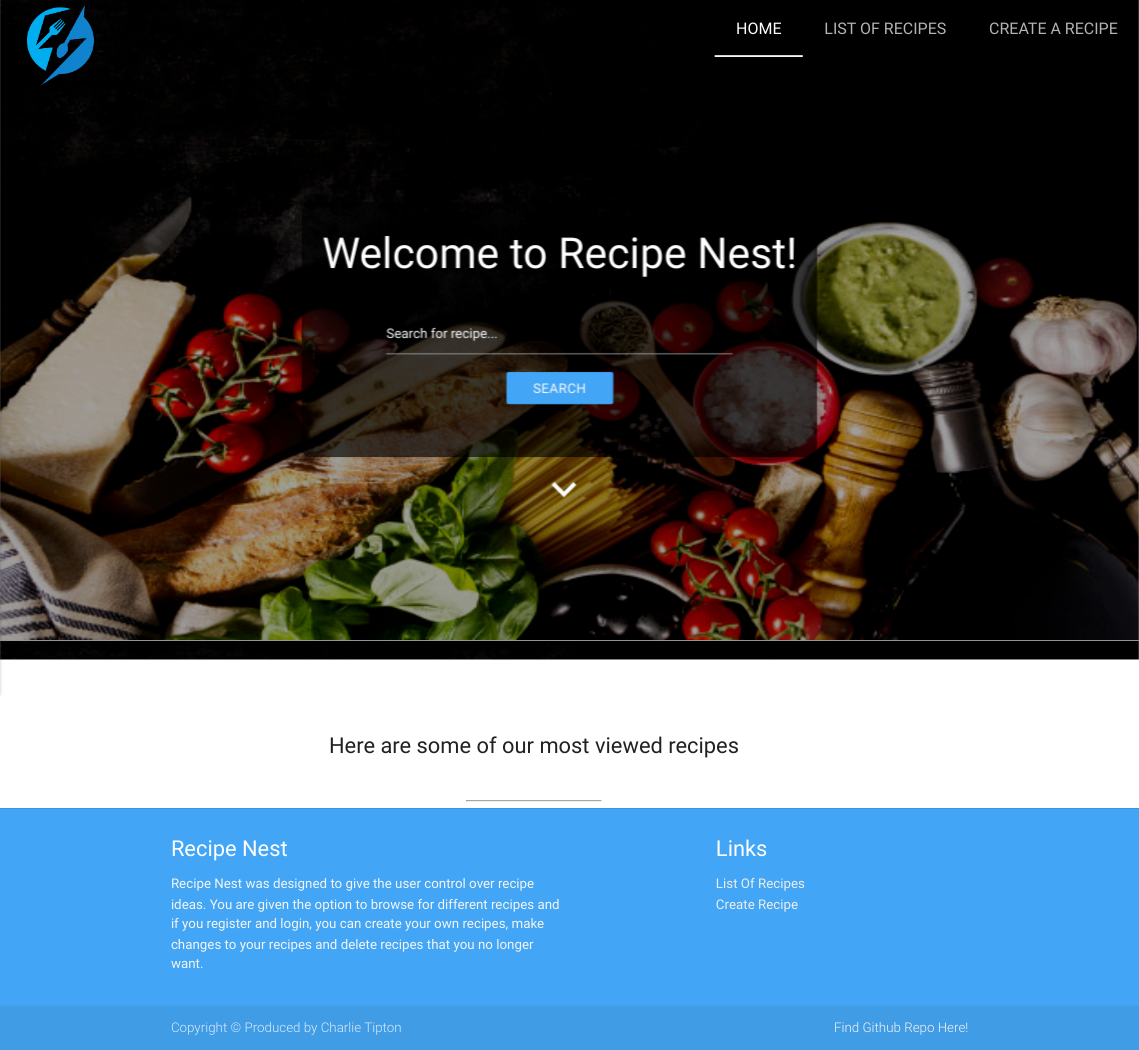
Repository: CharlieJT/Recipes
Page: http://localhost/
The author's editor kept a record of every edit. The page is drawn from the files as they stood at one moment, then again after the next edit.
The browser window is 1280 px wide. The pictures show the whole page, at 89% of full size.
Backgrounds fixed to the window are drawn as part of the page. Some web libraries are served in a nearby version. The page is served by the project's application, run on Flask 3 (app.py). Queries for data that is not in the repository find no rows.

Above is the page before.

### templates/index.html
{% extends 'base.html' %} {% block content %}


<div class="container-fluid main-image-container">
    <div class="opaque-background" />
    <div class="row">
        <div class="col main-recipe-images-column">
            <div class="main-recipe-images">
            </div>
        </div>
    </div>


    <div class="container-fluid title-container">
        <div class="row">
            <div class="col main-heading-column">
                <div class="row">
                    <div class="col s12">
                        <h1>Welcome to Recipe Nest!</h1>
                    </div>
                    <div class="container">
                        <div class="row">
                            <form class="col s12">
                                <div class="row search-bar-row">
                                    <div class="input-field col s12">
                                        <input id="search" type="text" class="validate">
                                        <label for="search">Search for recipe...</label>
                                        <div class="search-button">
                                            <button class="btn waves-effect waves-light blue lighten-1" type="submit" name="action">Search</button>
                                        </div>
                                    </div>
                                </div>
                            </form>
                        </div>
                    </div>
                </div>
            </div>
            <div class="col s12">
                <a class="down-arrow-link" href="#recipe-container">
                <i class="material-icons down-arrow">keyboard_arrow_down</i>
            </a>
            </div>
        </div>
    </div>


    <!-- Each Recipe Card -->

    <div id="recipe-container" class="container-fluid ">
        <div class="row recipe-row">
            <div class="mostly-viewed-heading-column col s12">
                <h5>Here are some of our most viewed recipes</h5>
            </div>
            <hr class='most-viewed-divider'> {% for recipe in recipes %}
            <div class="col s12 m4 l4 card-container">
                <div class="card-surrounding">
                    <div class="card">
                        <div class="card-image waves-effect waves-block waves-light">
                            <img class="activator" src="{{recipe.recipe_image_url}}">
                        </div>
                        <div class="card-content">
                            <div class='card-title-spacer'>
                                <div class="card-title activator grey-text text-darken-4 recipe-name">{{recipe.recipe_name}}<i class="material-icons right more-info">more_vert</i></div>
                            </div>
                            <button class="btn waves-effect waves-light blue lighten-1" type="submit" name="action">View more recipes</button>
                        </div>
                        <div class="card-reveal recipe-close">
                            <span class="card-title grey-text text-darken-4">{{recipe.recipe_name}}<i class="material-icons right">close</i></span>
                            <p>{{recipe.recipe_description}}</p>
                        </div>
                    </div>
                </div>
            </div>
            {% endfor %}
        </div>
    </div>

    {% endblock %}

### templates/base.html
<!DOCTYPE html>
<html>

<head>
    <!--Import Google Icon Font-->
    <link href="https://fonts.googleapis.com/icon?family=Material+Icons" rel="stylesheet">

    <!--Import materialize.css-->
    <link rel="stylesheet" href="https://cdnjs.cloudflare.com/ajax/libs/materialize/0.100.2/css/materialize.min.css">

    <!-- Exteral styles -->
    <link rel="stylesheet" href="{{url_for('static', filename='css/base.css')}}" type="text/css" />
    <link rel="stylesheet" href="{{url_for('static', filename='css/index.css')}}" type="text/css" />
    <link href="https://fonts.googleapis.com/icon?family=Material+Icons" rel="stylesheet">

    <!-- Favicon -->
    <link rel="icon" href="{{ url_for('static', filename='/images/favicon.ico') }}" type="image/x-icon" />

    <!--Let browser know website is optimized for mobile-->
    <meta name="viewport" content="width=device-width, initial-scale=1.0" />

    <title>Recipe Nest</title>
</head>

<body>
    <!-- Main Navbar -->
    <nav class="navbar-container N/A transparent">
        <div class="nav-wrapper">
            <a href="/" id="recipes-logo">
                <img class="recipe-logo-image" src="static/images/recipe-nest.png" alt="Recipes Logo"/>
            </a>
            <a href="#" data-activates="mobile-demo" class="button-collapse"><i class="material-icons">menu</i></a>
            <ul id="nav-mobile" class="right hide-on-med-and-down">
                <ul class="tabs tabs-transparent">
                    <li class="tab"><a class="active" href="#test1">Home</a></li>
                    <li class="tab"><a href="#test2">List of Recipes</a></li>
                    <li class="tab"><a href="#test3">Create a Recipe</a></li>
                </ul>
            </ul>
        </div>
    </nav>
    <ul class="side-nav" id="mobile-demo">
        <li class="tab"><a class="active" href="#test1">Home</a></li>
        <li class="tab"><a href="#test2">List of Recipes</a></li>
        <li class="tab"><a href="#test3">Create a Recipe</a></li>
    </ul>

    {% block content %} {% endblock %}

    <!-- Footer -->
    <footer class="page-footer blue lighten-1">
        <div class="container">
            <div class="row">
                <div class="col l6 s12">
                    <h5 class="white-text">Recipe Nest</h5>
                    <p class="grey-text text-lighten-4"></p>
                    <p class="grey-text text-lighten-4">Recipe Nest was designed to give the user control over recipe ideas.
                    You are given the option to browse for different recipes and if you register and login,
                    you can create your own recipes, make changes to your recipes and delete recipes that you no longer want.</p>
                </div>
                <div class="col l4 offset-l2 s12">
                    <h5 class="white-text">Links</h5>
                    <ul>
                        <li><a class="grey-text text-lighten-3" href="#!">List Of Recipes</a></li>
                        <li><a class="grey-text text-lighten-3" href="#!">Create Recipe</a></li>
                    </ul>
                </div>
            </div>
        </div>
        <div class="footer-copyright">
            <div class="container">
                Copyright © Produced by Charlie Tipton
                <a class="grey-text text-lighten-4 right" href="https://github.com/CharlieJT/Repices" target="_blank">Find Github Repo Here!</a>
            </div>
        </div>
    </footer>

    <a href="#" class="to-top"></a>

    <script src="https://cdnjs.cloudflare.com/ajax/libs/jquery/3.2.1/jquery.min.js"></script>
    <script src="https://cdnjs.cloudflare.com/ajax/libs/materialize/0.100.2/js/materialize.min.js"></script>
    <script src="{{url_for('static', filename='js/script.js')}}"></script>
</body>

</html>

### app.py
import os
from flask import Flask, render_template, redirect, url_for, request
from flask_pymongo import PyMongo
from bson.objectid import ObjectId

app = Flask(__name__)

app.config["MONGO_DBNAME"] = 'myRecipes'
app.config['MONGO_URI'] = os.environ.get("MONGO_URI")

mongo = PyMongo(app)

@app.route('/')
@app.route('/index')
def index():
    return render_template('index.html', recipes=mongo.db.recipes.find())


if __name__ == '__main__':
    app.run(host=os.environ.get('IP'),
            port=int(os.environ.get('PORT')),
            debug=True)

### static/css/base.css
/* ---------- Home Page Cards ----------*/

.recipe-card {
    background-color: #fff;
    padding: 20px;
    margin: 2em 0;
    border-radius: 10px;
    text-align: center;
}

.recipe-image {
    display: flex;
    justify-content: center;
    width: 100%;
    border-radius: 10px;
    margin: auto;
}

.recipe-view-more-button {
    display: flex;
    justify-content: center;
    width: 100%;
}

/* ---------- Main Nav Bar ----------*/

.navbar-container {
    position: fixed;
    box-shadow: none;
    height: 64px;
    line-height: 64px;
    transition: background-color 0.3s ease-in, box-shadow 0.3s ease-in;
}

.logo-image {
    background: url(../images/main-logo-image.png);
}

#recipes-logo {
    float: right;
}

.recipe-logo-image {
    width: 80px;
    transition: width 0.15s ease-in;
    margin: 0 20px;
}

.brand-logo {
    right: 3 !important;
}

.tabs {
    height: 64px;
}

.tab a {
    font-size: 1.2em !important;
}

.tab {
    line-height: 64px !important;
}


@media only screen and (min-width: 992px) {
    #recipes-logo {
        float: left;
    }
}

### static/css/index.css
/* ---------- Main Image ----------*/

.title-container {
    display: flex;
    align-items: center;
    height: 100vh;
    color: #fff;
}

.main-heading-column {
    background-color: #000000a6;
    border-radius: 10px;
}

.title-container .row {
    opacity: 0;
    animation: FadeInGreeting 1.5s 1s forwards ease-in-out;
}

.title-container h1 {
    text-align: center;
    font-size: 3.2rem;
}

.search-button {
    display: flex;
    justify-content: center;
}

.down-arrow-link {
    color: white;
}

.down-arrow {
    display: flex !important;
    position: absolute;
    left: 49vw;
    right: 50vw;
    font-size: 3.7rem !important;
    justify-content: center;
    animation: scrollDown 0.4s alternate-reverse infinite ease-in-out;
}

.main-image-container {
    background: url(../images/recipe-nest-main-image.png) fixed center center no-repeat;
    height: 100%;
}

.main-recipe-images-column {
    padding: 0 !important;
}

main-recipe-images-column {
    height: 80vh;
}

.opaque-background {
    background-color: #00000061;
}

/* label color */

.input-field label {
    color: #fff;
}

/* label focus color */

.input-field input[type=text]:focus+label {
    color: #fff;
}

/* label underline focus color */

.input-field input[type=text]:focus {
    border-bottom: 1px solid #fff;
    box-shadow: 0 1px 0 0 #000;
}

/* valid color */

.input-field input[type=text].valid {
    border-bottom: 1px solid #fff;
    box-shadow: 0 1px 0 0 #fff;
}

/* invalid color */

.input-field input[type=text].invalid {
    border-bottom: 1px solid #fff;
    box-shadow: 0 1px 0 0 #fff;
}

/* label focus color */

.input-field input:focus+label {
    color: #42a5f5 !important;
}

/* label underline focus color */

.row .input-field input:focus {
    border-bottom: 1px solid #42a5f5 !important;
    box-shadow: 0 1px 0 0 #42a5f5 !important;
}

.recipe-search-bar:focus {
    border-bottom: 1px solid #42a5f5 !important;
    -webkit-box-shadow: 0 1px 0 0 #26a69a !important;
    box-shadow: 0 1px 0 0 #42a5f5 !important;
}

/* ---------- Recipe Cards ----------*/

#recipe-container {
    background-color: #fff;
}

.card-surrounding {
    max-width: 265px;
    margin: auto;
}

.card {
    margin: 4.5rem 0 3.5rem 0;
}

.most-viewed-divider {
    width: 150px;
}

.mostly-viewed-heading-column {
    margin: 60px;
    margin: 5.5rem auto 3.2rem;
}

.mostly-viewed-heading-column h5 {
    text-align: center;
    margin: auto;
}

#recipe-container .row {
    margin: 0;
}

#recipe-container .col {
    padding: 0 2.75rem;
}

.recipe-name,
.recipe-close {
    position: relative;
    width: 100%;
}

.recipe-name i {
    top: 0;
    right: -15px;
}

.recipe-close i {
    position: absolute;
    right: 0;
    top: 0;
    margin-top: 30px;
    margin-right: 12px;
}

.card-title-spacer {
    display: flex;
    height: 120px;
}

.more-info {
    position: absolute;
}

/* ---------- Media Queries ----------*/

@media only screen and (min-width: 1050px) {
    .main-image-container {
        background-size: 100%;
    }
}

@media only screen and (min-width: 1200px) {
    .recipe-row {
        width: 1200px;
    }
}

@media only screen and (min-width: 992px) {
    .recipe-row {
        width: 1200px;
    }
}

/* ---------- Keyframes (Animations) ----------*/

@-webkit-keyframes scrollDown {
    from {
        margin-top: 0;
    }
    to {
        margin-top: 8px;
    }
}

@keyframes scrollDown {
    from {
        margin-top: 0;
    }
    to {
        margin-top: 8px;
    }
}

@-webkit-keyframes FadeInGreeting {
    from {
        opacity: 0;
    }
    to {
        opacity: 1;
    }
}

@keyframes FadeInGreeting {
    from {
        opacity: 0;
    }
    to {
        opacity: 1;
    }
}

### static/js/script.js
/*
Whatever code is written inside the JQuery ready method will run once the page Document Object Modal (DOM)
is ready to execute JavaScript code.
*/

$(document).ready(() => {
    // This is the jquery that gives the mobile burger icon the ability to toggle the mobile sidedrawer
    $('.button-collapse').sideNav();

    // Will check to see if the window has been scrolled 50px from the top
    $(window).scroll(() => {
        const joinedNATransparent = ['N/A', 'transparent'].join(' ');
        if ($(document).scrollTop() > 50) {
            $(".navbar-container").removeClass(joinedNATransparent).css('background-color', '#000000a3');
            $(".recipe-logo-image").css({ 'width': '66px', 'margin-top': '0px' });
            $('.to-top').css('opacity', '1');
        }
        else {
            $(".navbar-container").addClass(joinedNATransparent);
            $(".recipe-logo-image").css({ 'width': '95px', 'margin-top': '5px' });
            $('.to-top').css('opacity', '0');
        }
    });
});

After the next edit:
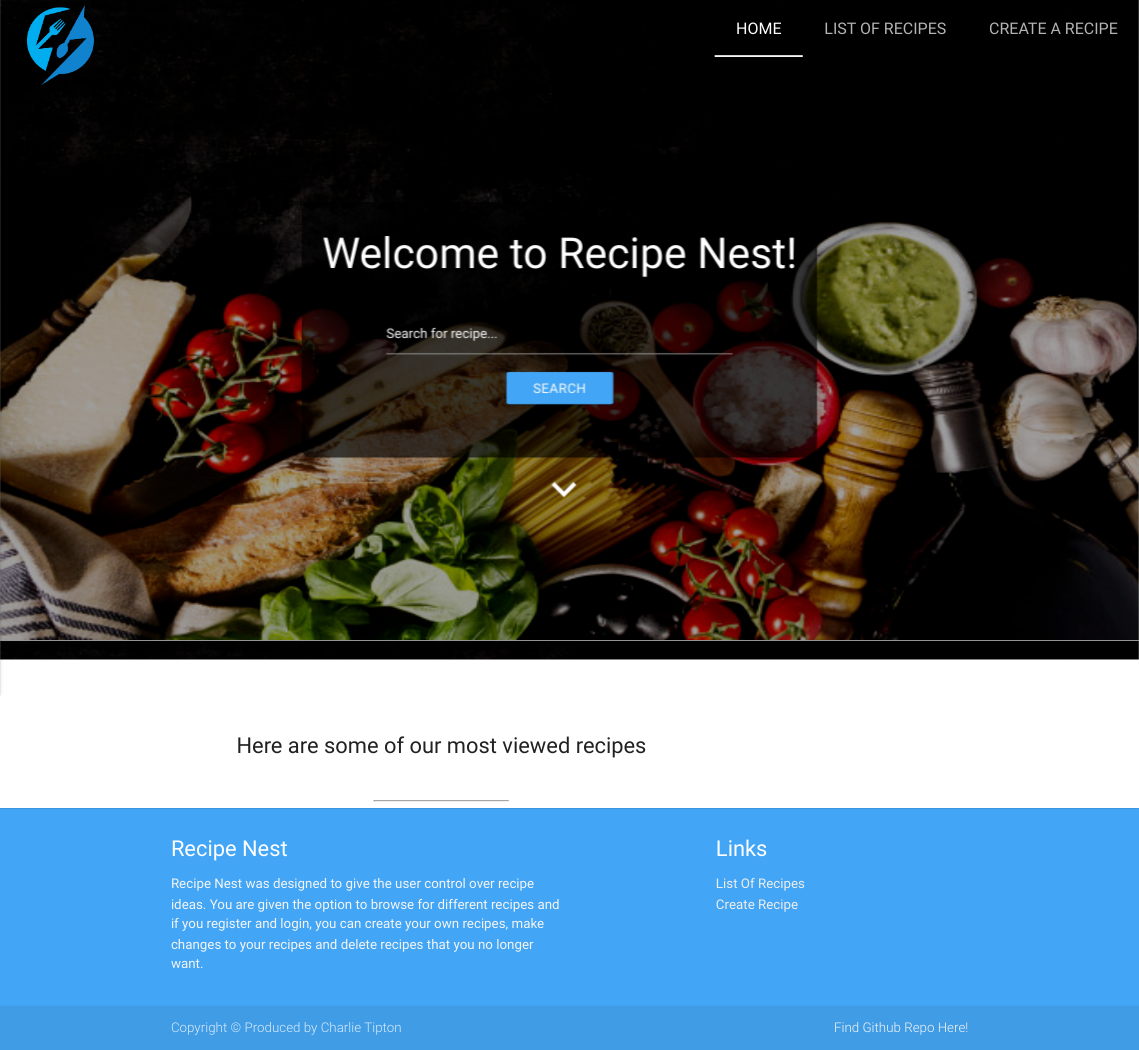
The edit:
--- a/static/css/index.css
+++ b/static/css/index.css
@@ -191,7 +191,7 @@
 
 @media only screen and (min-width: 992px) {
     .recipe-row {
-        width: 1200px;
+        width: 992px;
     }
 }
 
